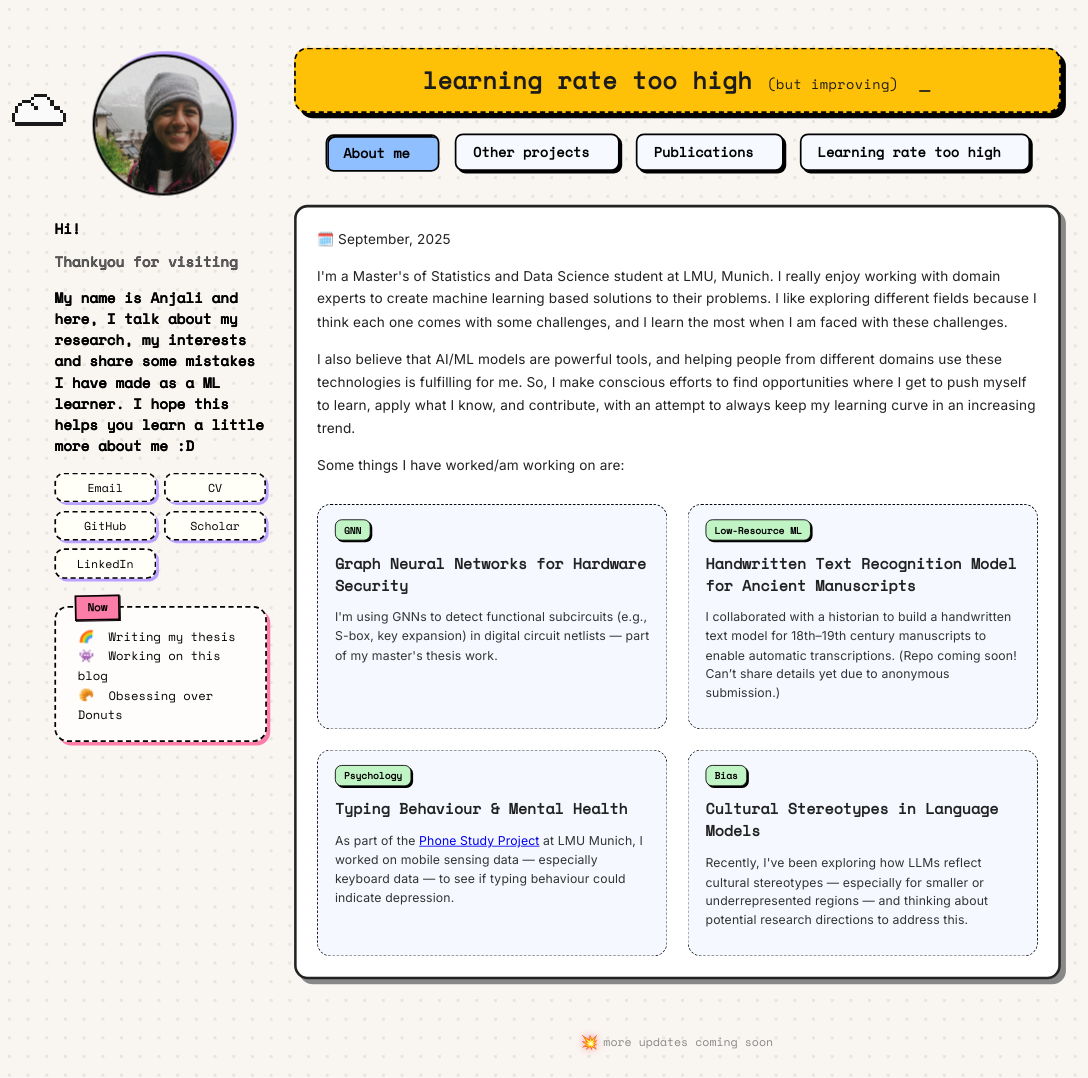
Repository: anjalisarawgi/learning_rate_too_high
Page: index.html
An editor plug-in stored every save of this project. The page is shown before and after the next save, followed by the edit.
The browser window is 1280 px wide. The pictures show the whole page, at 85% of full size.

Above is the page before, as saved 2025-11-04 15:44:18.

After the next save:
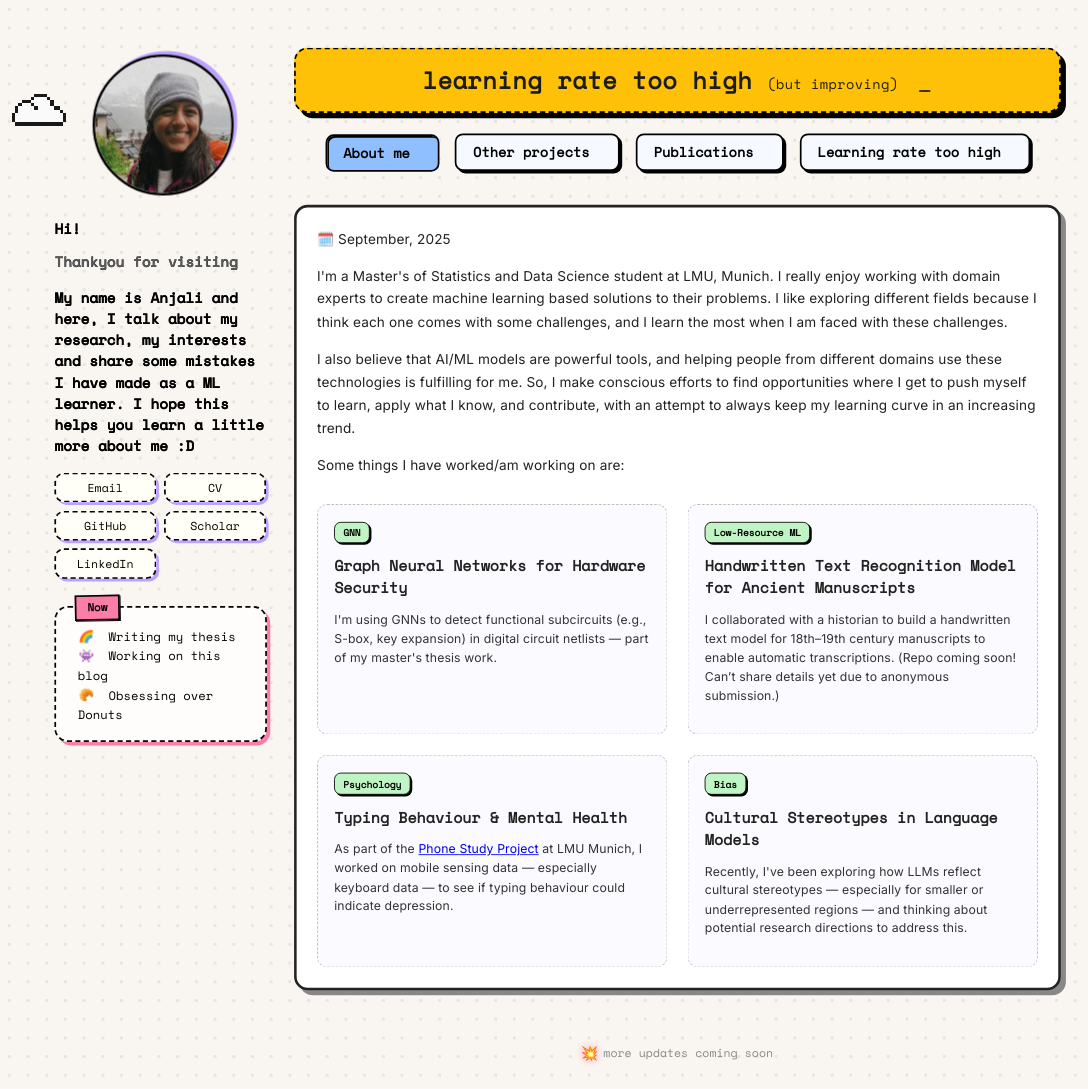
Saved 47 s later.
--- a/index.html
+++ b/index.html
@@ -491,7 +491,37 @@ nav a:hover::after {
   opacity: 1;
 }
 
-
+/* Card base */
+.project-card {
+  background-color: #fafaff; /* very soft off-white-blue */
+  border: 1.5px dashed #bdbdbd;
+  border-radius: 12px;
+  padding: 1.2rem;
+  transition: transform 0.2s ease, box-shadow 0.2s ease;
+}
+
+/* Card hover effect (gentle lift) */
+.project-card:hover {
+  transform: translateY(-4px);
+  box-shadow: 3px 3px 0px #e3e3e3;
+}
+
+/* Label/tag style */
+.project-label {
+  display: inline-block;
+  background-color: #fcefc7; /* soft yellow */
+  color: #3d3d3d;
+  border-radius: 6px;
+  font-size: 0.75rem;
+  font-weight: 600;
+  padding: 0.2rem 0.5rem;
+  margin-bottom: 0.6rem;
+}
+
+/* Optional alternate label tones if you want variety */
+.project-label.green { background-color: #e6f4ea; }   /* soft green */
+.project-label.pink { background-color: #fde7ea; }    /* soft pink */
+.project-label.blue { background-color: #e7f0fd; }    /* soft blue */
   </style>
 </head>
 <body>
